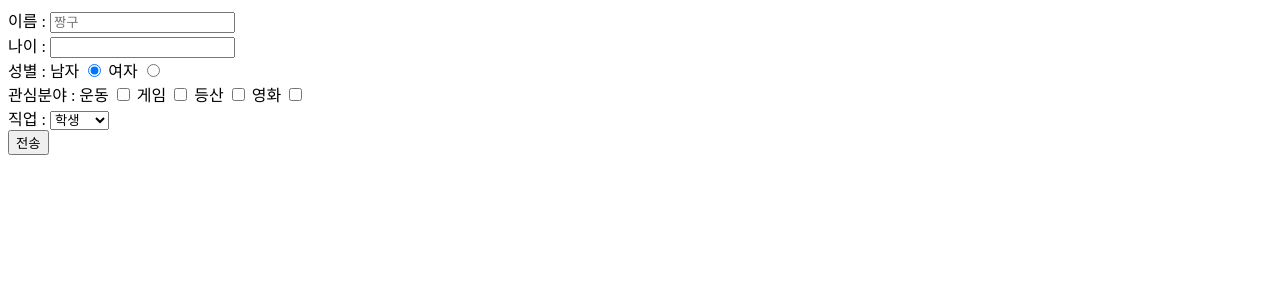
Repository: LEENYAMNYAM/JSP
Page: http://localhost/JSP_Project/exam/forminput_jquery.jsp
The author's editor kept a copy of each file at every save. The page is drawn from the files as they stood at one save, then again after the next save.
The browser window is 1280 px wide. The pictures show the whole page.
The page is served by Tomcat 9.

Above is the page before, as saved 2025-02-27 05:42:08.

After the next save:
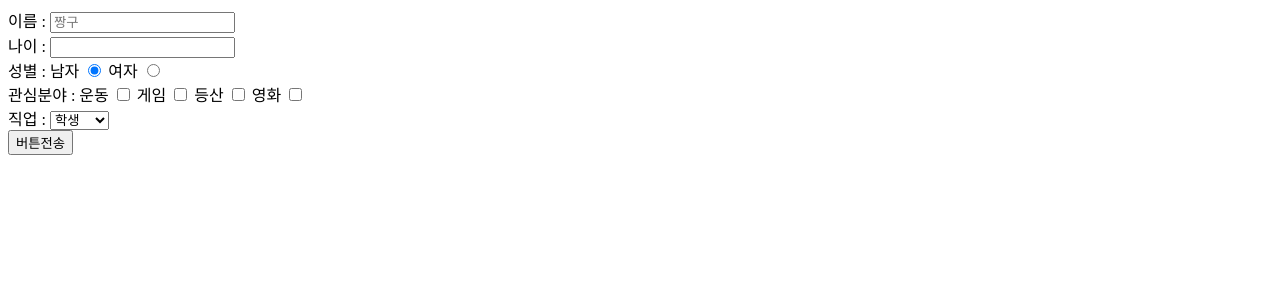
Saved 15 min 31 s later.
--- a/JSP_Project/src/main/webapp/exam/forminput_jquery.jsp
+++ b/JSP_Project/src/main/webapp/exam/forminput_jquery.jsp
@@ -5,10 +5,27 @@
 <head>
 <meta charset="UTF-8">
 <title>FORM EXAM</title>
+<script>
+function check(){
+	//이름, 나이가 비어 있는 지 확인해서 비어있지 않으면 server로 전송
+	if(document.getElementById("name").value==""){
+		alert("이름 입력")
+		return;
+	}
+	if(document.getElementById("age").value==""){
+		alert("나이 입력")
+		return;
+	}
+
+	document.getElementById("frm").submit();
+
+}
+
+</script>
 </head>
 <body>
 
-<form action="formResult.jsp" method="get">
+<form action="formResult.jsp" method="get" id="frm">
 이름 : <input type="text" id="name" name="name" placeholder="짱구"></br>
 나이 : <input type="number" id="age" name="age"></br>
 성별 : <label for="m">남자</label>
@@ -23,14 +40,14 @@
 		 <input type="checkbox" name="hobby" id="h3" value="등산">
 		 <label for="h4">영화</label>
 		 <input type="checkbox" name="hobby" id="h4" value="영화"></br>
-직업 : <select name="job">
+직업 : <select name="job" id="job">
 	  	<option>학생</option>    <!-- value 지정안하면 입력한 값이 전달됨. -->
 	  	<option value="공무원">공무원</option>
 	  	<option value="회사원">회사원</option>
 	  	<option value="기타">기타</option>
 	  </select> </br>
 
-<input type="submit" value="전송" />
+<input type="button" value="버튼전송" onclick="check()"/>
 
 
 
